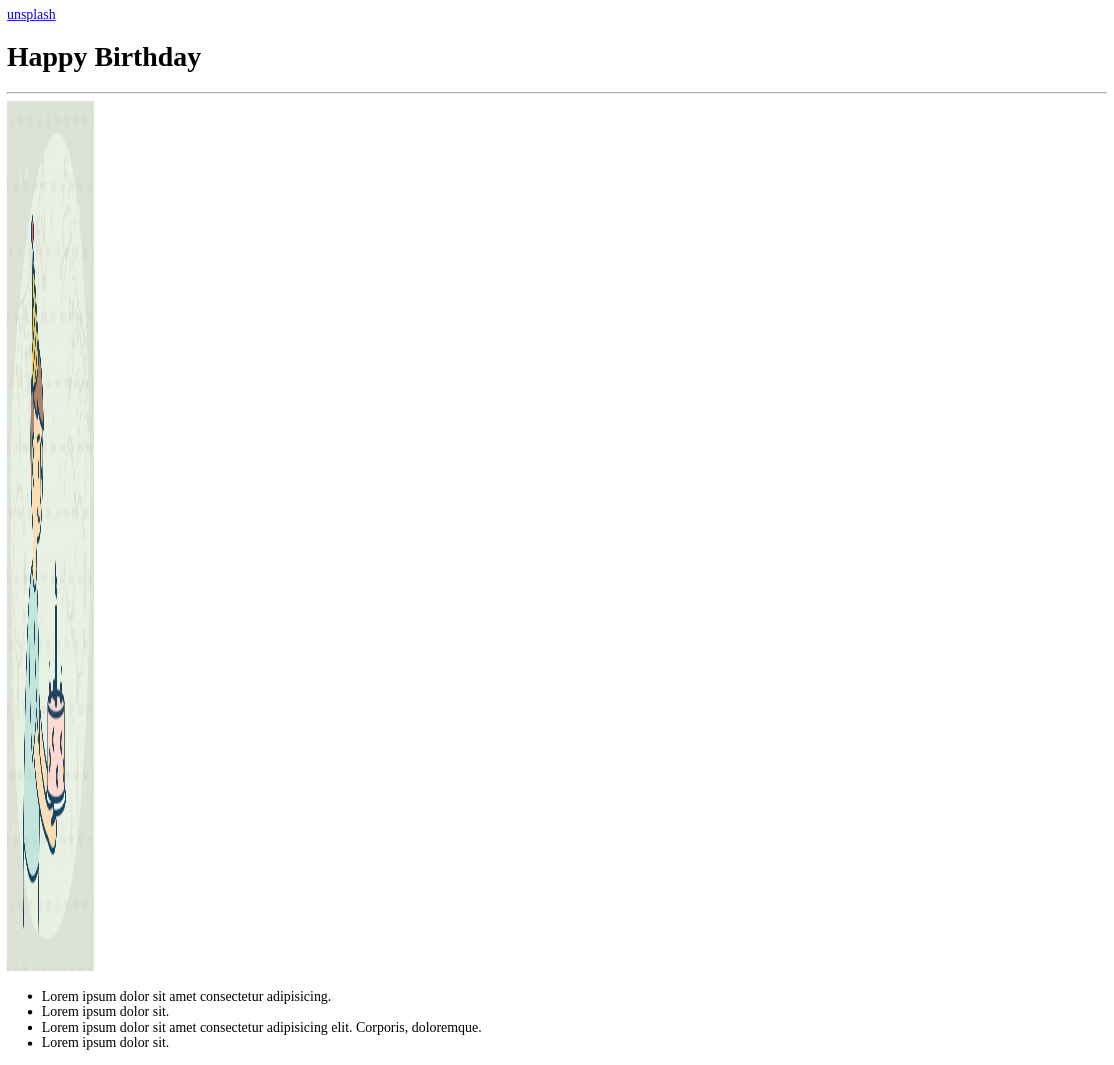
Repository: nguyendonghieu1011-png/project2
Page: index.html
These files come from the project's save history. The page is drawn as it stood at one moment and after the next save; the edit follows.
The browser window is 1280 px wide. The pictures show the whole page, at 87% of full size.

Above is the page before, as saved 2025-11-05 21:12:28.

After the next save:
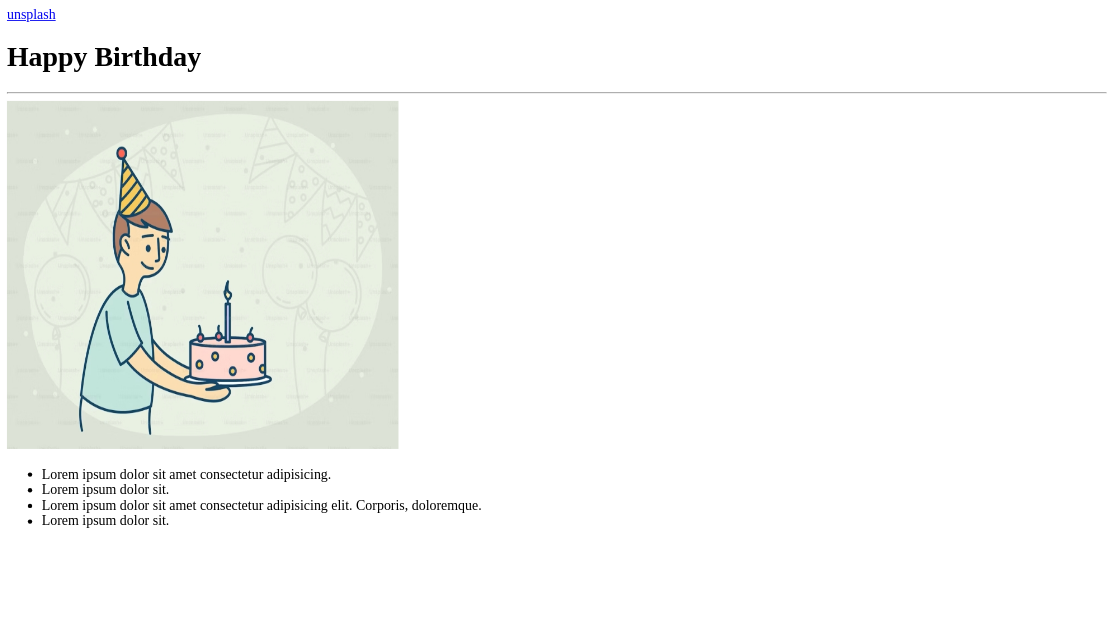
Saved 23 s later.
--- a/index.html
+++ b/index.html
@@ -10,7 +10,7 @@
 
     <h1>Happy Birthday</h1>
     <hr />
-    <img src="img/happtybirthday.jpg" alt="cake" width="100" height="1000" />
+    <img src="img/happtybirthday.jpg" alt="cake" width="450" height="400" />
   </body>
 
   <ul>
